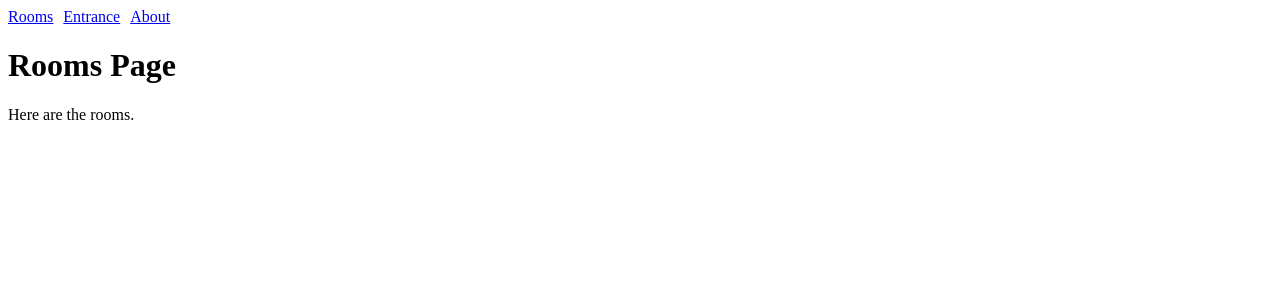
Repository: jujhars13/gurdwara-displays
Page: /rooms
An editor plug-in stored every save of this project. The page is shown before and after the next save, followed by the edit.
The browser window is 1280 px wide. The pictures show the whole page.
The project was rebuilt for these pictures with package versions that can differ from the ones it lists, and the page was loaded fresh each time. Also part of the build but not shown: vue.config.js, src/pages/Entrance.vue, src/pages/About.vue.

Above is the page before, as saved 2024-10-13 15:27:35.

### src/main.js
// src/main.js
import { createApp } from 'vue';
import App from './App.vue';
import router from './router';

createApp(App)
  .use(router)
  .mount('#app');

### src/App.vue
<!-- src/App.vue -->
<template>
  <div id="app">
    <nav>
      <router-link to="/rooms">Rooms</router-link>
      <router-link to="/entrance">Entrance</router-link>
      <router-link to="/about">About</router-link>
    </nav>
    <router-view></router-view>
  </div>
</template>

<script>
export default {
  name: 'App',
};
</script>

<style>
/* Global styles */
nav {
  display: flex;
  gap: 10px;
}
</style>

### src/router.js
// src/router.js
import { createRouter, createWebHistory } from 'vue-router';
import Rooms from './pages/Rooms.vue';
import Entrance from './pages/Entrance.vue';
import About from './pages/About.vue';

const routes = [
  {
    path: '/rooms',
    name: 'Rooms',
    component: Rooms,
  },
  {
    path: '/entrance',
    name: 'Entrance',
    component: Entrance,
  },
  {
    path: '/about',
    name: 'About',
    component: About,
  },
  {
    path: '/',
    redirect: '/entrance',
  },
];

const router = createRouter({
  history: createWebHistory(),
  routes,
});

export default router;

### src/pages/Rooms.vue
<!-- src/components/Rooms.vue -->
<template>
  <div>
    <h1>Rooms Page</h1>
    <p>Here are the rooms.</p>
  </div>
</template>

<script>
export default {
  name: 'RoomsPage',
  data() {
    return {
      // Add your data properties here
    };
  },
  methods: {
    // Add your methods here
  },
};
</script>

<style scoped>
/* Add your styles here */
</style>

Loaded but not shown: public/index.html (common file)

After the next save:
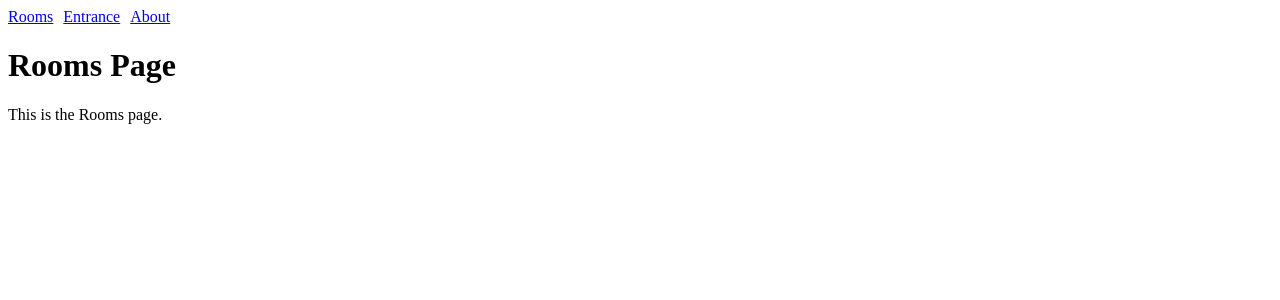
Saved 67 s later.
--- a/src/pages/Rooms.vue
+++ b/src/pages/Rooms.vue
@@ -1,25 +1,17 @@
-<!-- src/components/Rooms.vue -->
+<!-- src/pages/Rooms.vue -->
 <template>
   <div>
     <h1>Rooms Page</h1>
-    <p>Here are the rooms.</p>
+    <p>This is the Rooms page.</p>
   </div>
 </template>
 
 <script>
 export default {
-  name: 'RoomsPage',
-  data() {
-    return {
-      // Add your data properties here
-    };
-  },
-  methods: {
-    // Add your methods here
-  },
+  name: 'Rooms',
 };
 </script>
 
 <style scoped>
-/* Add your styles here */
+/* Styles specific to Rooms.vue */
 </style>

After the save that followed:
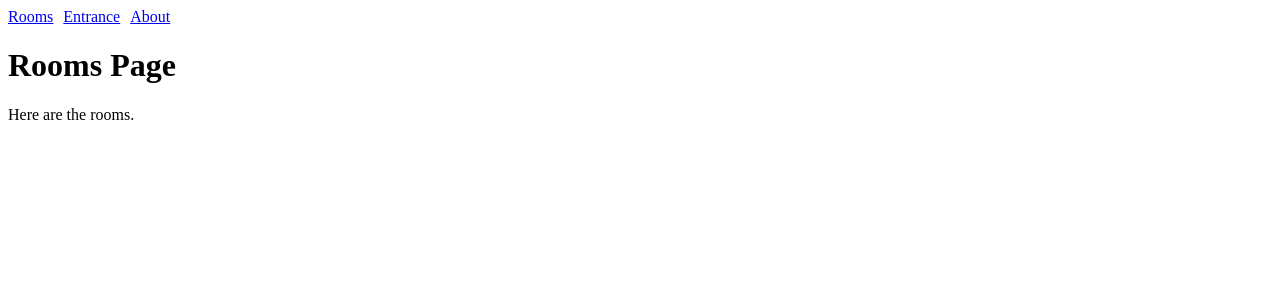
Saved 5 s later.
--- a/src/pages/Rooms.vue
+++ b/src/pages/Rooms.vue
@@ -1,17 +1,25 @@
-<!-- src/pages/Rooms.vue -->
+<!-- src/components/Rooms.vue -->
 <template>
   <div>
     <h1>Rooms Page</h1>
-    <p>This is the Rooms page.</p>
+    <p>Here are the rooms.</p>
   </div>
 </template>
 
 <script>
 export default {
-  name: 'Rooms',
+  name: 'RoomsPage',
+  data() {
+    return {
+      // Add your data properties here
+    };
+  },
+  methods: {
+    // Add your methods here
+  },
 };
 </script>
 
 <style scoped>
-/* Styles specific to Rooms.vue */
+/* Add your styles here */
 </style>
